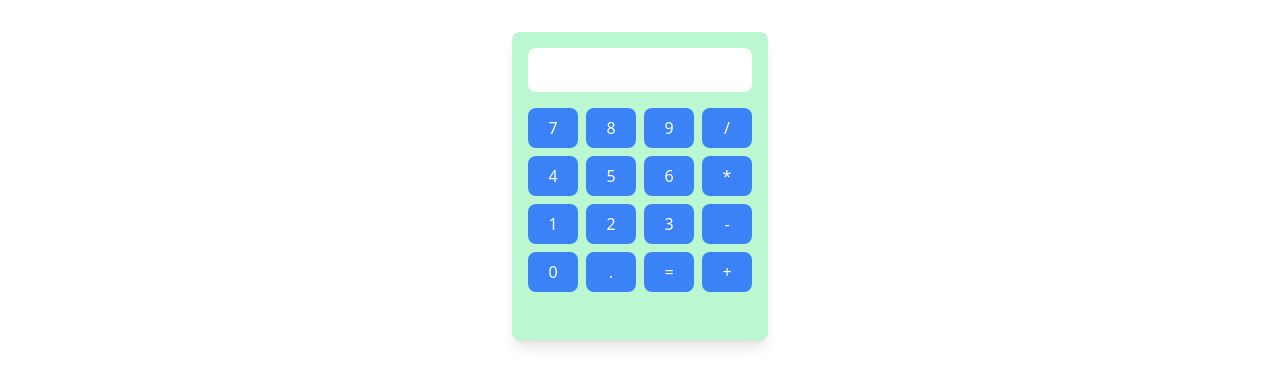
Repository: Sirinegaddour11/Calculator-App
Page: /
An editor plug-in stored every save of this project. The page is shown before and after the next save, followed by the edit.
The browser window is 1280 px wide. The pictures show the whole page.
The project was rebuilt for these pictures with package versions that can differ from the ones it lists, and the page was loaded fresh each time. The framework's server and built-in components were replaced by stand-ins that run in the browser. Also part of the build but not shown: next.config.mjs.

Above is the page before, as saved 2024-09-16 14:55:35.

### app/page.tsx
import Calculator from "@/components/calculator";
import Image from "next/image";

export default function Home() {
  return (
    <div>
      <Calculator />
    </div>
  );
}

### app/globals.css
@tailwind base;
@tailwind components;
@tailwind utilities;

.dark .three-d {
  text-shadow: 0px 5px 0px #533519;
}
.three-d {
  text-shadow: none;
}
.dark .simplebar-scrollbar ::before {
 background-color: rgb(216, 217, 231);
}

### components/calculator.tsx
"use client";
import React, { useState } from "react";

const Calculator:React.FC = () => {
  const [expression, setexpression] = useState("");
  const handleButtonClick = (value: string) => {
    setexpression((prevExpression) => prevExpression + value);
  };
  const handleCalculate =() => {
    try {
        setexpression(eval(expression))
    } catch (error) {
        setexpression('Error')

    }
  }
  return (
    <div className="w-64 mx-auto mt-8 p-4 bg-green-200 rounded-lg shadow-lg ">
      <input
        type="text"
        className="w-full mb-4 p-2 text-xl text-right bg-white rounded-lg"
        value={expression}
        readOnly
      />
      <div className="grid grid-cols-4 gap-2">
        {["7", "8", "9", "/"].map((value, index) => (
          <button
            key={index}
            className="p-2 bg-blue-500 text-white rounded-lg hover:bg-blue-600"
            onClick={() => handleButtonClick(value)}
          >
            {value}
          </button>
        ))}
        {["4", "5", "6", "*"].map((value, index) => (
          <button
            key={index}
            className="p-2 bg-blue-500 text-white rounded-lg hover:bg-blue-600"
            onClick={() => handleButtonClick(value)}
          >
            {value}
          </button>
        ))}
        {["1", "2", "3", "-"].map((value, index) => (
          <button
            key={index}
            className="p-2 bg-blue-500 text-white rounded-lg hover:bg-blue-600"
            onClick={() => handleButtonClick(value)}
          >
            {value}
          </button>
        ))}
        {["0", ".", "=", "+"].map((value, index) => (
          <button
            key={index}
            className="p-2 bg-blue-500 text-white rounded-lg hover:bg-blue-600"
            onClick={() => value === '=' ? handleCalculate() : handleButtonClick(value)}
          >
            {value}
          </button>
        ))}
      </div>
      <button
      className="mt-4 w-full p-2 bg-red"
      >

      </button>
    </div>
  );
};

export default Calculator;

Loaded but not shown: app/layout.tsx (common file); tailwind.config.ts (common file)

After the next save:
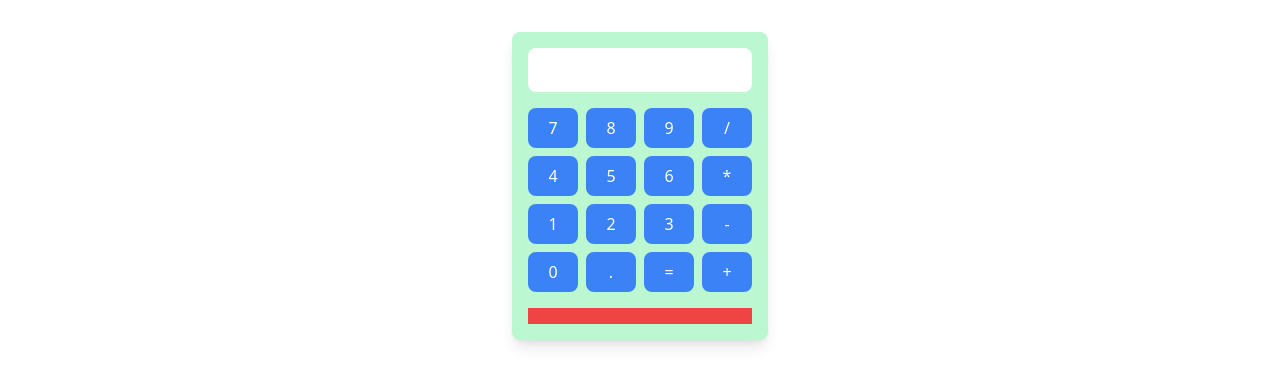
Saved 5 s later.
--- a/components/calculator.tsx
+++ b/components/calculator.tsx
@@ -61,7 +61,7 @@ const Calculator:React.FC = () => {
         ))}
       </div>
       <button
-      className="mt-4 w-full p-2 bg-red"
+      className="mt-4 w-full p-2 bg-red-500 rext"
       >
 
       </button>
